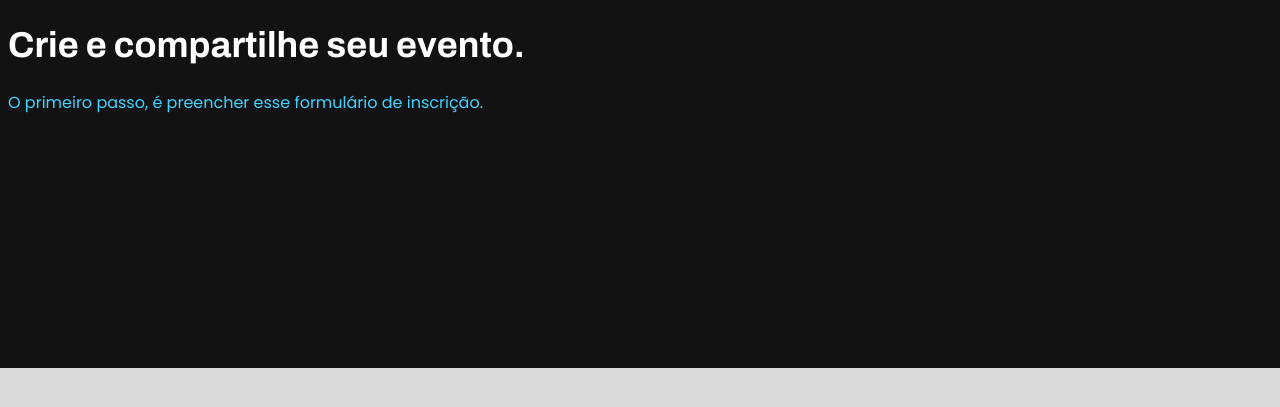
Repository: devMuriloOliveira/Formulario
Page: index.html
The author's editor kept a copy of each file at every save. The page is drawn from the files as they stood at one save, then again after the next save.
The browser window is 1280 px wide. The pictures show the whole page.

Above is the page before, as saved 2023-10-30 19:40:37.

After the next save:
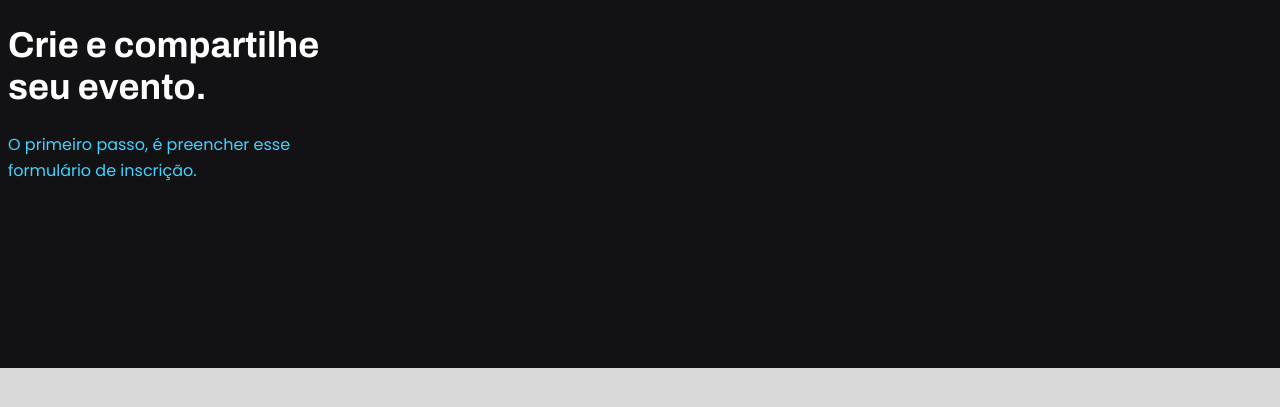
Saved 41 s later.
--- a/style.css
+++ b/style.css
@@ -20,6 +20,10 @@ page{
   margin: auto;
 }
 
+header{
+  width: 319px;
+}
+
 header h1{
   font-family: 'Archivo', sans-serif;
   font-weight: bold;
